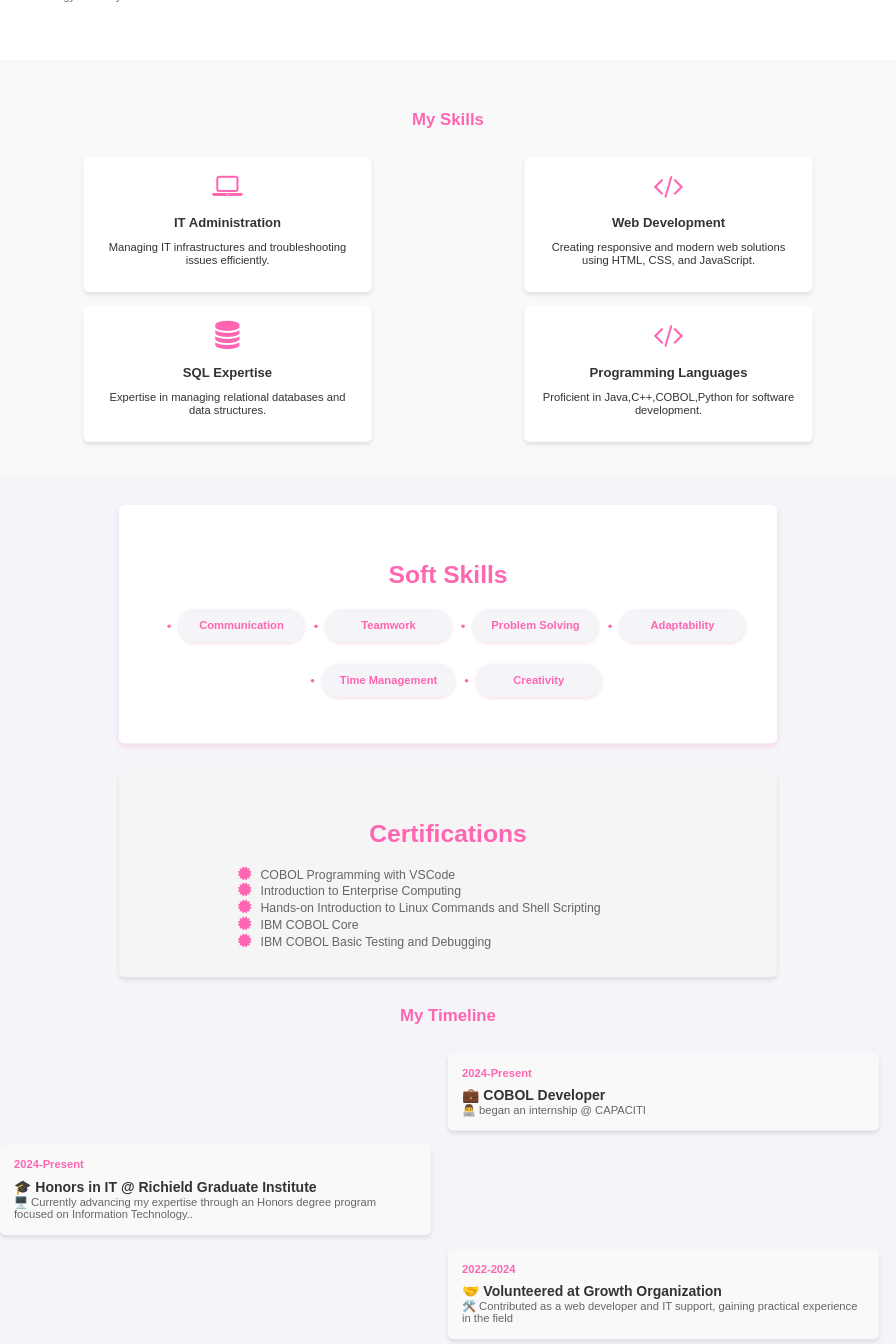
Repository: asandan8106/Asanda-sPortfolio
Page: Portfolio/About.html
An editor plug-in stored every save of this project. The page is shown before and after a run of saves, followed by the edit.
The browser window is 1280 px wide. The pictures show the part of the page from y = 793 to 2713 px (the page is 3016 px tall before and 3156 px after), at 70% of full size.

Above is the page before, as saved 2025-05-16 16:29:24.
Console error: ReferenceError: Typed is not defined

### Portfolio/About.html
<!DOCTYPE html>
<html lang="en">
<head>
    <meta charset="UTF-8">
    <meta name="viewport" content="width=device-width, initial-scale=1.0">
    <title>Portfolio - About</title>
    <link rel="stylesheet" href="https://cdnjs.cloudflare.com/ajax/libs/font-awesome/4.7.0/css/font-awesome.min.css">
       <link rel="stylesheet" href="styles/CSS/about.css" />
</head>
<body>
    <!-- Navigation Bar -->
    <header>
        <nav class="navbar">
            <div class="icon-bar">
                <a href="index.html"><i class="fa fa-home"></i><span>Home</span></a>
                <a href="About.html"><i class="fa fa-user"></i><span>About</span></a>
                <a href="project.html"><i class="fa fa-folder"></i><span>Projects</span></a>
                <a href="contact.html"><i class="fa fa-envelope"></i><span>Contact</span></a>
                <a href="chatbot.html"><i class="fa fa-wechat"></i><span>Chatbot</span></a>
            </div>
        </nav>
    </header>


    <!-- Hero Section -->
    <section class="hero-section">
        <div class="text">
            <h1>Welcome to My About Page</h1>
            <p>Discover more about my journey, skills, and experiences as a dedicated IT professional.</p>
        </div>
        <img src="images/picture.webp" alt="Your Photo">
    </section>

    <!-- About Section -->
    <section class="about-section">
        <div class="content">
            <h2>Profile Summary</h2>
            <p>
               Technology has never been just a job for me—it’s a playground where I get to transform complex challenges into practical solutions that genuinely make life easier. I thrive on crafting systems that aren’t just efficient and reliable but intuitive enough to simplify the everyday for users. A recent project I’m proud of is a payroll system that effortlessly handles everything from salary calculations to tax deductions, freeing businesses from tedious manual work and helping them run smoother. I’m detail-driven but always keep the bigger picture in mind, making sure every piece fits perfectly together—solid in its foundation and seamless in its experience. After all, debugging is just like being a detective in a crime movie where you are also the murderer! It’s this balance that fuels my passion and keeps me motivated to create technology that truly makes a difference.


            </p>
        </div>
        <div class="highlights">
            <h2>Key Highlights</h2>
            <ul>
                <li><i class="fa fa-check-circle"></i>Turning tech headaches into smooth experiences..</li>
                <li><i class="fa fa-check-circle"></i> Built systems that actually make life easier (ask my payroll project)...</li>
                <li><i class="fa fa-check-circle"></i> Tech that works, not just looks good.</li>
            </ul>
        </div>
    </section>

    <!-- Skills Section -->
    <section class="skills-section">
        <h2>My Skills</h2>
        <div class="skills-container">
            <div class="skill-card">
                <div class="icon"><i class="fa fa-laptop"></i></div>
                <h3>IT Administration</h3>
                <p>Managing IT infrastructures and troubleshooting issues efficiently.</p>
            </div>
            <div class="skill-card">
                <div class="icon"><i class="fa fa-code"></i></div>
                <h3>Web Development</h3>
                <p>Creating responsive and modern web solutions using HTML, CSS, and JavaScript.</p>
            </div>
            <div class="skill-card">
                <div class="icon"><i class="fa fa-database"></i></div>
                <h3>SQL Expertise</h3>
                <p>Expertise in managing relational databases and data structures.</p>
            </div>
            <div class="skill-card">
                <div class="icon"><i class="fa fa-code"></i></div>
                <h3>Programming Languages</h3>
                <p>Proficient in Java,C++,COBOL,Python for software development.</p>
            </div>
        </div>
    </section>
<section class="soft-skills-section">
    <h2>Soft Skills</h2>
    <ul class="soft-skills-list">
        <li>Communication</li>
        <li>Teamwork</li>
        <li>Problem Solving</li>
        <li>Adaptability</li>
        <li>Time Management</li>
        <li>Creativity</li>
    </ul>
</section>

<section class="certification-section">
    <h2>Certifications</h2>
    <ul class="certification-list">
        <li><i class="fa fa-certificate"></i>
            <a href="https://www.credly.com/badges/4c66f79b-ba31-44de-8d69-b57a3cbdc68f/linked_in_profile" target="_blank" rel="noopener noreferrer">
                COBOL Programming with VSCode
            </a>
        </li>
        <li><i class="fa fa-certificate"></i>
            <a href="https://www.coursera.org/account/accomplishments/verify/8TMCOO9QFN47" target="_blank" rel="noopener noreferrer">
              Introduction to Enterprise Computing
            </a>
        </li>
        <li><i class="fa fa-certificate"></i>
            <a href="https://www.credly.com/badges/31d8a5a7-f87c-4acf-a509-039343c42ad2/linked_in_profile" target="_blank" rel="noopener noreferrer">
             Hands-on Introduction to Linux Commands and Shell Scripting
            </a>
        </li>
        <li><i class="fa fa-certificate"></i>
            <a href="https://www.coursera.org/account/accomplishments/verify/7HGLX49AV1LQ" target="_blank" rel="noopener noreferrer">
              IBM COBOL Core
            </a>
        </li>
         <li><i class="fa fa-certificate"></i>
            <a href="https://www.coursera.org/account/accomplishments/verify/7KDKOBWAL0O5" target="_blank" rel="noopener noreferrer">
             IBM COBOL Basic Testing and Debugging
            </a>
        </li>
    </ul>
</section>


<section class="timeline-section fade-in-section">
    <h2>My Timeline</h2>
    <div class="timeline-item">
        <div class="date">2024-Present</div>
        <div class="title">💼 COBOL Developer</div>
        <div class="details">👨‍💻 began an internship @ CAPACITI</div>
    </div>
    <div class="timeline-item">
        <div class="date">2024-Present</div>
        <div class="title">🎓 Honors in IT @ Richield Graduate Institute</div>
        <div class="details">🖥️ Currently advancing my expertise through an Honors degree program focused on Information Technology..</div>
    </div>
    <div class="timeline-item">
        <div class="date">2022-2024</div>
        <div class="title">🤝 Volunteered at Growth Organization</div>
        <div class="details">🛠️ Contributed as a web developer and IT support, gaining practical experience in the field</div>
    </div>
    <div class="timeline-item">
        <div class="date">2021-2024</div>
        <div class="title">🎓 BSc in Information Technology</div>
        <div class="details">🏅 Graduated with a Degree from Richield Institute with a focus on systems engineering and software development.</div>
    </div>

</section>

    <button id="back-to-top" aria-label="Back to top">
    ↑
</button>


</section>
 <!-- Footer -->
    <footer>
        <p>&copy; 2024 Asanda Ngwenya. All Rights Reserved.</p>
        <p>Connect with me on
            <a href="https://www.linkedin.com/" target="_blank">LinkedIn</a>,
            <a href="https://twitter.com/" target="_blank">Twitter</a>, and
            <a href="https://www.instagram.com/" target="_blank">Instagram</a>.
        </p>
    </footer>
        <script src="Javascript/animation.js"></script>
</body>
</html>

### Portfolio/styles/CSS/about.css
       body {
            font-family: 'Arial', sans-serif;
            margin: 0;
            padding: 0;
            color: #333;
            background-color: #f4f4f9;
        }

        h1, h2 {
            color: #ff66b2;
        }

        a {
            text-decoration: none;
        }

        /* Navigation Bar */
        .navbar {
    display: flex;
    justify-content: center;
    align-items: center;
    background: #fff; /* Transparent black for overlay effect */
    position: fixed;
    top: 0;
    width: 100%;
    height: 60px;
    z-index: 100;
    box-shadow: 0px 2px 10px rgba(0, 0, 0, 0.5);
}

.navbar .icon-bar {
    display: flex;
    gap: 25px;
}

.navbar .icon-bar a {
    text-decoration: none;
    color:rgba(0, 0, 0, 0.5);
    font-size: 18px;
    font-weight: bold;
    display: flex;
    align-items: center;
    transition: color 0.3s, background 0.3s;
    padding: 8px 15px;
    border-radius: 5px;
}

.navbar .icon-bar a i {
    margin-right: 8px;
}

.navbar .icon-bar a:hover {
    color: #d62828;
    background: rgba(255, 255, 255, 0.2);
}

.navbar .icon-bar a span {
    display: inline-block;
}

.navbar-right a:hover {
    color: #ff66b2;
}




        /* Hero Section */
        .hero-section {
            display: flex;
            justify-content: center;
            align-items: center;
            background: url('https://via.placeholder.com/1500x500') no-repeat center center/cover;
            color: white;
            padding: 100px 20px;
        }

        .hero-section .text {
            text-align: center;
            margin-right: 30px;
        }

        .hero-section h1 {
            font-size: 48px;
            margin-bottom: 20px;
            animation: fadeIn 1s ease-out;
        }

        .hero-section p {
            font-size: 20px;
            line-height: 1.6;
            max-width: 800px;
            margin: 0 auto;
            animation: fadeIn 1.5s ease-out;
            color: #333;
        }

        .hero-section img {
            border-radius: 50%;
            width: 150px;
            height: 150px;
            object-fit: cover;
            border: 4px solid #ff66b2;
        }

        /* About Section */
        .about-section {
            display: flex;
            flex-wrap: wrap;
            justify-content: space-around;
            padding: 50px 20px;
            background-color: white;
            animation: fadeIn 2s ease-out;
        }

        .about-section .content, .about-section .highlights {
            flex: 1 1 45%;
            margin: 10px;
        }

        .about-section .content h2, .about-section .highlights h2 {
            margin-bottom: 20px;
        }

        .about-section .content p {
            color: #666;
            line-height: 1.8;
        }

        .about-section .highlights ul {
            list-style: none;
            padding: 0;

        }

        .about-section .highlights ul li {
            margin: 10px 0;
            color:  #666;
        }

        .about-section .highlights ul li i {
            color: #ff66b2;
            margin-right: 10px;
        }

        /* Skills Section */
        .skills-section {
            padding: 50px 20px;
            background-color: #f9f9f9;
            text-align: center;
        }

        .skills-section h2 {
            margin-bottom: 40px;
            animation: fadeIn 2s ease-out;
        }

        .skills-container {
            display: flex;
            justify-content: space-around;
            flex-wrap: wrap;
            gap: 20px;
        }

        .skill-card {
            background-color: white;
            padding: 20px;
            border-radius: 8px;
            box-shadow: 0 4px 6px rgba(0, 0, 0, 0.1);
            transition: transform 0.3s ease, box-shadow 0.3s ease;
            width: 30%;
            animation: fadeIn 2.5s ease-out;
        }

        .skill-card:hover {
            transform: translateY(-10px);
            box-shadow: 0 8px 15px rgba(0, 0, 0, 0.2);
        }

        .skill-card .icon {
            font-size: 40px;
            color: #ff66b2;
            margin-bottom: 15px;
            animation: iconBounce 1s infinite ease-in-out;
        }

        .skill-card h3 {
            margin-bottom: 10px;
        }
        /* Soft Skills Section */
.soft-skills-section {
    padding: 50px 20px;
    background-color: #fff;
    max-width: 900px;
    margin: 40px auto;
    border-radius: 8px;
    box-shadow: 0 4px 8px rgba(255, 102, 178, 0.2);
    color: #333;
    text-align: center;
}

.soft-skills-section h2 {
    color: #ff66b2;
    font-size: 2.2rem;
    margin-bottom: 30px;
    font-weight: bold;
    font-family: 'Arial', sans-serif;
}

.soft-skills-list {
    display: flex;
    flex-wrap: wrap;
    justify-content: center;
    gap: 30px;
}

.soft-skills-list li {
    background-color: #f4f4f9;
    padding: 15px 25px;
    border-radius: 25px;
    font-weight: 600;
    color:#ff66b2;
    box-shadow: 0 2px 5px rgba(214, 40, 40, 0.15);
    min-width: 130px;
    transition: background-color 0.3s ease, color 0.3s ease;
    cursor: default;
}

.soft-skills-list li:hover {
    background-color: #ff66b2;
    color: white;
    box-shadow: 0 4px 12px rgba(255, 102, 178, 0.6);
}

        /* Certification Section Styles */
.certification-section {
    padding: 40px 20px;
    background-color: #f5f5f5;
    color: #333; /* dark text for readability */
    max-width: 900px;
    margin: 40px auto;
    border-radius: 8px;
    box-shadow: 0 4px 6px rgba(0,0,0,0.1);
}

.certification-section h2 {
    text-align: center;
    margin-bottom: 25px;
    color:#ff66b2;
    font-size: 2.2rem;
    font-weight: bold;
    font-family: 'Arial', sans-serif;
}

.certification-list {
    list-style: none;
    padding-left: 0;
    font-size: 1.1rem;
    max-width: 600px;
    margin: 0 auto;
}

/* .certification-list li {
    margin: 12px 0;
    display: flex;
    align-items: center;
    gap: 12px;
    color: #555;
    font-weight: 500;
} */

.certification-list li i {
    color: #d193b2;
    font-size: 1.4rem;}

    .certification-list a {
    color: #666;
    text-decoration: none;
    font-weight: 500;
    transition: color 0.3s ease;
}

.certification-list a:hover {
    color: #008000; /* Example: Money Green */
    text-decoration: underline;
}

/* Optional: style the certificate icons */
.certification-list i.fa-certificate {
    color:#ff66b2;
    margin-right: 8px;
}

}


        /* Timeline Section */
        .timeline-section {
            padding: 50px 20px;
            background-color: white;
        }

        .timeline-section h2 {
            text-align: center;
            margin-bottom: 40px;
            animation: fadeIn 1.5s ease-out;
        }

        .timeline {
            position: relative;
            margin: 0 auto;
            max-width: 800px;
            animation: slideIn 2s ease-out;
        }

        .timeline::before {
            content: '';
            position: absolute;
            top: 0;
            left: 50%;
            transform: translateX(-50%);
            width: 4px;
            height: 100%;
            background-color: #ff66b2;
        }

        .timeline-item {
            position: relative;
            padding: 20px;
            background-color: #f9f9f9;
            margin: 20px 0;
            border-radius: 8px;
            box-shadow: 0 4px 6px rgba(0, 0, 0, 0.1);
            width: 45%;
            animation: fadeIn 2.5s ease-out;
        }

        .timeline-item:nth-child(odd) {
            left: 0;
        }

        .timeline-item:nth-child(even) {
            left: 50%;
        }

        .timeline-item .date {
            font-weight: bold;
            color: #ff66b2;
            margin-bottom: 10px;
        }

        .timeline-item .title {
            font-size: 20px;
            font-weight: bold;
            color: #333;
        }

        .timeline-item .details {
            font-size: 16px;
            color: #666;
        }

        /* Footer */
        footer {
            background-color: #333; /* Black */
            color: white;
            padding: 30px 20px;
            text-align: center;
            margin-top: 50px;
        }

        footer p {
            margin: 5px 0;
        }

        footer a {
            color: #f06292; /* Light pink */
            text-decoration: none;
            font-weight: bold;
        }

        footer a:hover {
            text-decoration: underline;
        }
    #back-to-top {
    position: fixed;
    bottom: 30px;
    right: 30px;
    background-color: #ff66b2;
    color: white;
    border: none;
    padding: 12px 16px;
    border-radius: 50%;
    font-size: 20px;
    cursor: pointer;
    box-shadow: 0 4px 8px rgba(255, 102, 178, 0.4);
    display: none; /* hidden by default */
    z-index: 200;
    transition: background-color 0.3s ease;
}

#back-to-top:hover {
    background-color: #d62828;
}


        /* Animation Styles */
        @keyframes fadeIn {
            from {
                opacity: 0;
                transform: translateY(20px);
            }
            to {
                opacity: 1;
                transform: translateY(0);
            }
        }

        @keyframes slideIn {
            from {
                opacity: 0;
                transform: translateX(-100%);
            }
            to {
                opacity: 1;
                transform: translateX(0);
            }
        }

        @keyframes iconBounce {
            0%, 100% {
                transform: scale(1);
            }
            50% {
                transform: scale(1.2);
            }
        }

### Portfolio/Javascript/animation.js
document.addEventListener("DOMContentLoaded", () => {
    const options = {
        strings: [
            "I am <span class='name'>Asanda</span> Ngwenya",
            "A Software <span class='name'>Developer</span>",
            "I turn caffeine<span class='name'> into</span> code",
            "And bugs into features",
            "Let's create something amazing together!"
        ],
        typeSpeed: 50,
        backSpeed: 30,
        backDelay: 2000,
        loop: true // Keeps looping through the phrases
    };

    new Typed(".typing-effect", options);
});

const backToTopButton = document.getElementById('back-to-top');

window.addEventListener('scroll', () => {
  if (window.scrollY > 300) {
    backToTopButton.style.display = 'block';
  } else {
    backToTopButton.style.display = 'none';
  }
});

backToTopButton.addEventListener('click', () => {
  window.scrollTo({ top: 0, behavior: 'smooth' });
});

const faders = document.querySelectorAll('.fade-in-section');

const appearOptions = {
  threshold: 0.1,
  rootMargin: "0px 0px -50px 0px"
};

const appearOnScroll = new IntersectionObserver((entries, appearOnScroll) => {
  entries.forEach(entry => {
    if (entry.isIntersecting) {
      entry.target.classList.add('is-visible');
      appearOnScroll.unobserve(entry.target);
    }
  });
}, appearOptions);

faders.forEach(fader => {
  appearOnScroll.observe(fader);
});

After the next 2 saves:
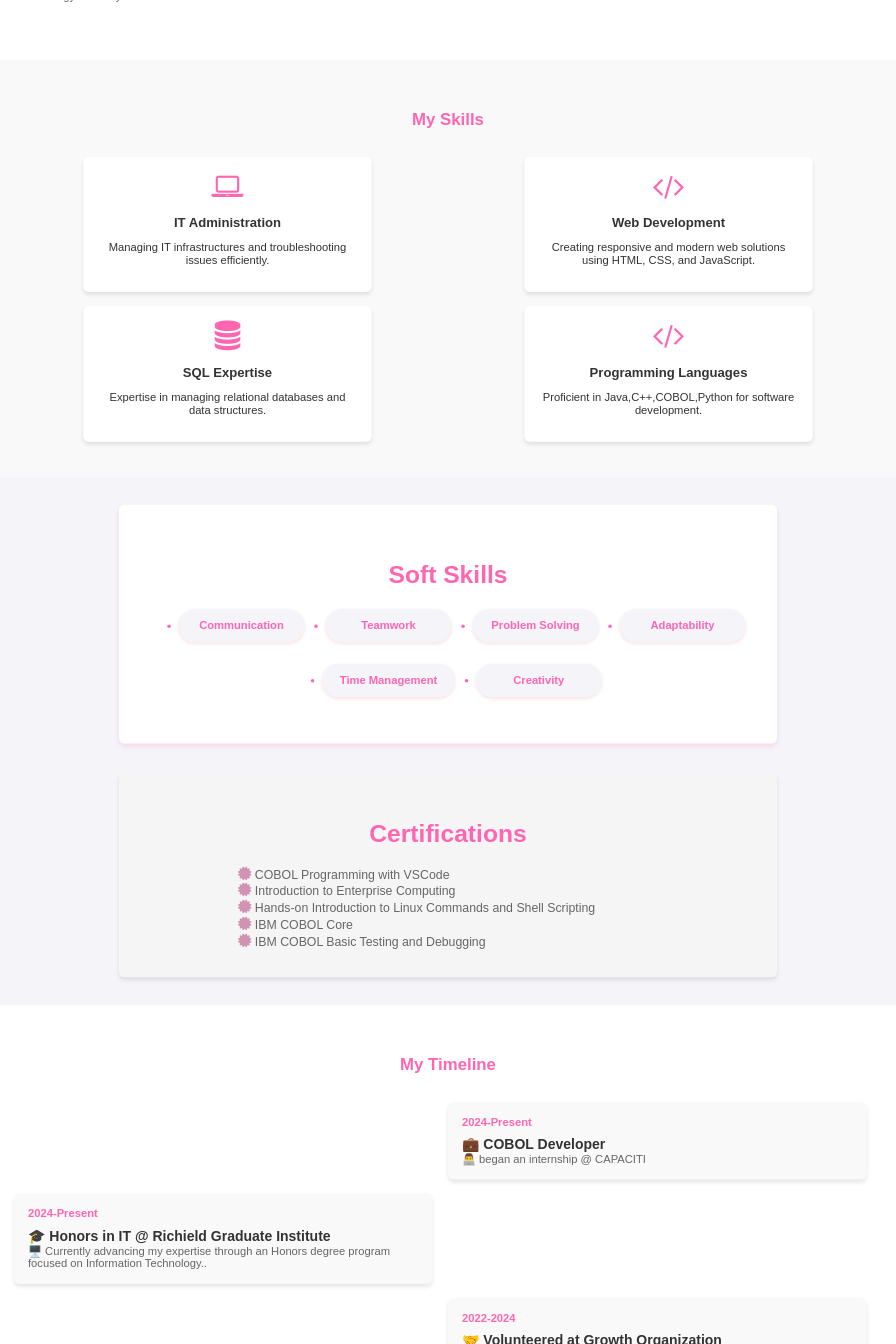
The 2 saves are shown as one change because they came seconds apart.
The last was saved 51 s later.
--- a/Portfolio/styles/CSS/about.css
+++ b/Portfolio/styles/CSS/about.css
@@ -280,18 +280,6 @@
     transition: color 0.3s ease;
 }
 
-.certification-list a:hover {
-    color: #008000; /* Example: Money Green */
-    text-decoration: underline;
-}
-
-/* Optional: style the certificate icons */
-.certification-list i.fa-certificate {
-    color:#ff66b2;
-    margin-right: 8px;
-}
-
-}
 
 
         /* Timeline Section */
